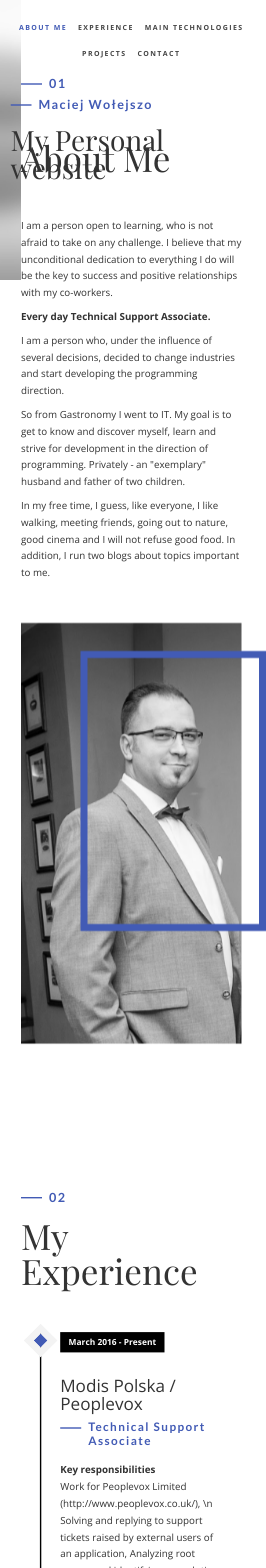
Repository: Maciej85Lodz/maciejwolejszo.pl
Page: index.html
An editor plug-in stored every save of this project. The page is shown before and after the next save, followed by the edit.
The browser window is 375 px wide. The page is 380 px wide, so the pictures cover 380 px, including what lies to the right of the window. The pictures show the part of the page from y = 0 to 2240 px (the page is 6399 px tall), at 70% of full size.
Some web fonts or font styles are not loaded; a fallback is used.

Above is the page before, as saved 2019-05-31 23:59:38.
Console error: TypeError: Cannot set properties of null (setting 'innerHTML')

After the next save:
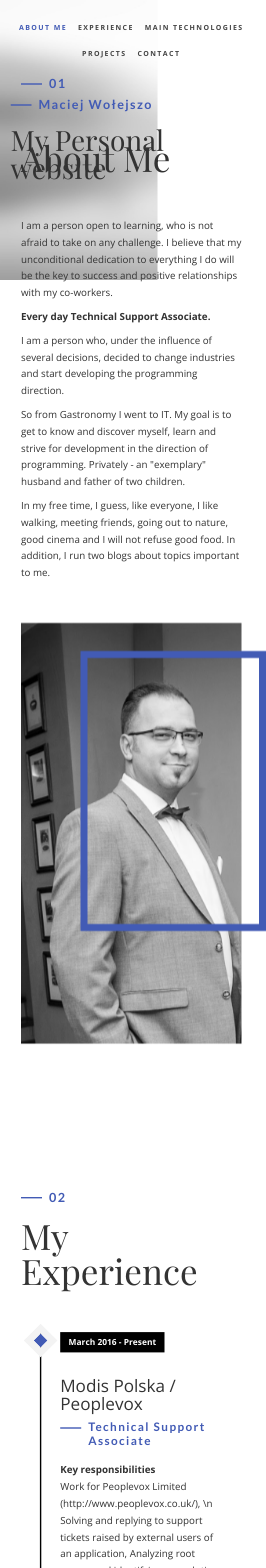
Saved 3 min 59 s later.
--- a/css/style.css
+++ b/css/style.css
@@ -788,6 +788,9 @@ fieldset {
         height: 400px;
         position: fixed;
     }
+    #home {
+        width: 60%;
+    }
     .about-border {
         width: 265px;
     }
